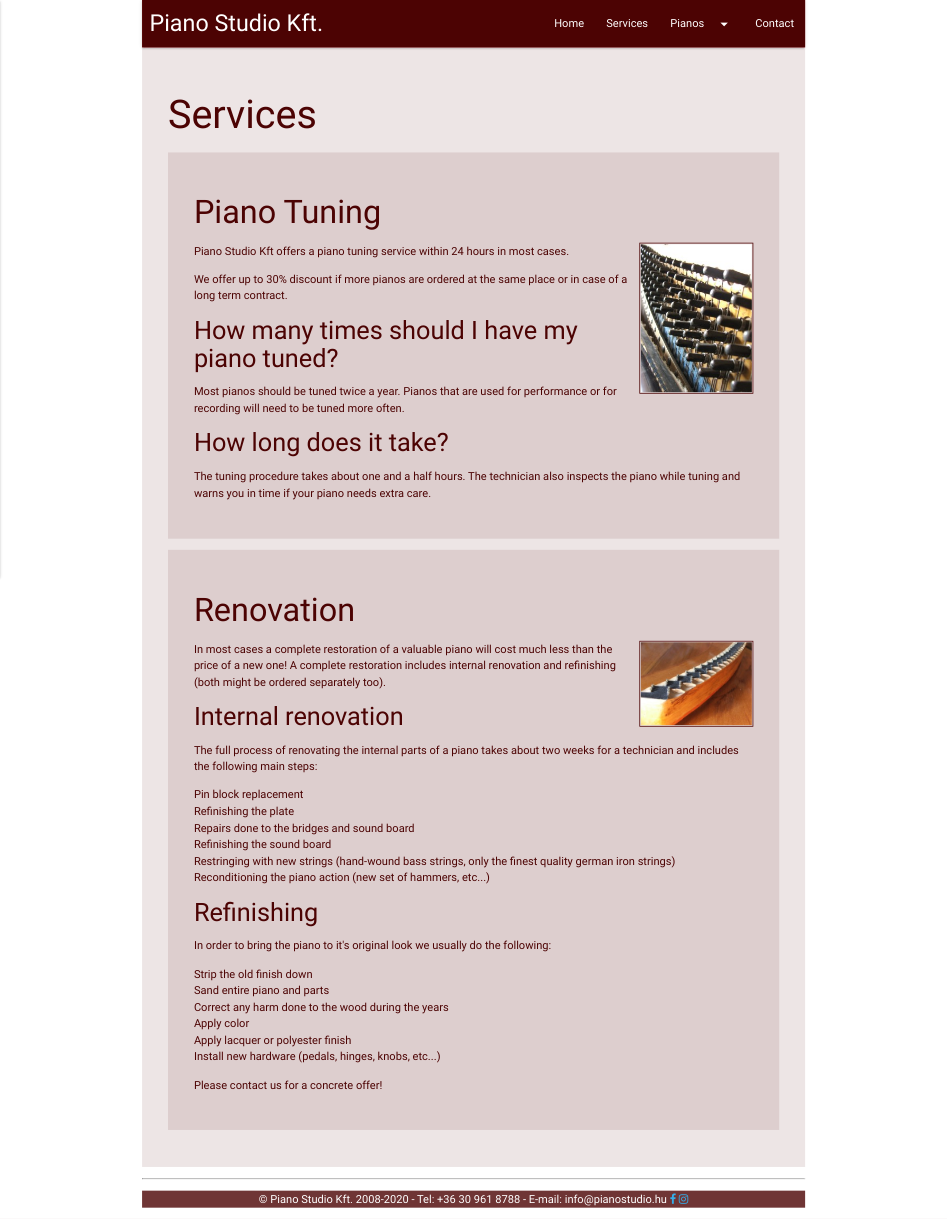
Repository: badiattila/pianostudioheroku
Page: http://localhost/services
The author's editor kept a record of every edit. The page is drawn from the files as they stood at one moment, then again after the next edit.
The browser window is 1280 px wide. The pictures show the whole page, at 74% of full size.
Some web libraries are served in a nearby version. The page is served by the project's application, run on Flask 3 (app.py).

Above is the page before.

After the next edit:
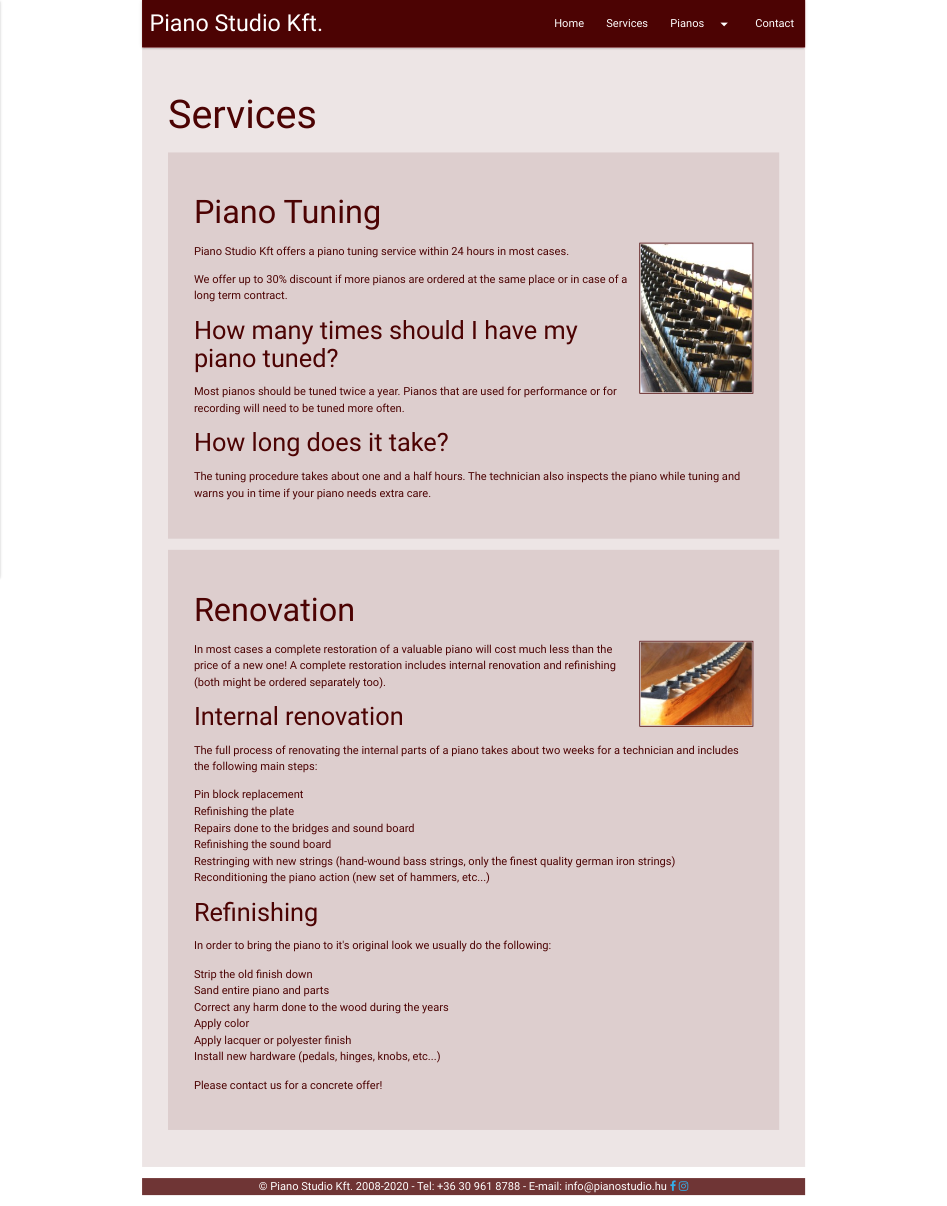
The edit:
--- a/templates/services.html
+++ b/templates/services.html
@@ -48,4 +48,4 @@
         </div>
     </div>
 </div>
-<hr> {% endblock %}
+{% endblock %}
